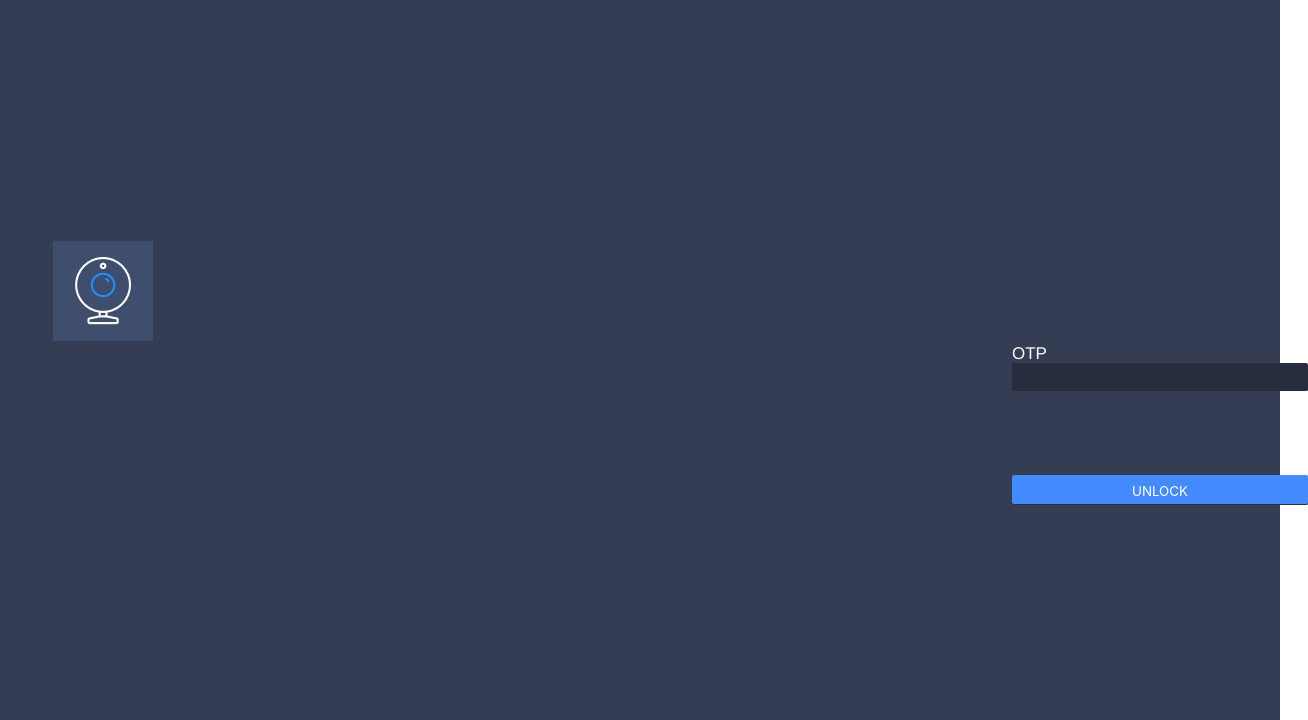
Repository: aba450/smart-door
Page: / (app in S3/smart-door-visitor/)
The author's editor kept a copy of each file at every save. The page is drawn from the files as they stood at one save, then again after the next save.
The browser window is 1280 px wide. The page is 1308 px wide, so the pictures cover 1308 px, including what lies to the right of the window. The pictures show the whole page.
The project was rebuilt for these pictures with package versions that can differ from the ones it lists, and the page was loaded fresh each time.

Above is the page before, as saved 2020-03-17 18:57:00.

### S3/smart-door-visitor/src/App.js
import React from 'react';
import './App.css';
import Camera_ON from './Camera_ON.jpg'

function App() {
  return (
    <div className="App">
      {/* <header className="App-header">
        <img src={logo} className="App-logo" alt="logo" />
        <p>
          Edit <code>src/App.js</code> and save to reload.
        </p>
        <a
          className="App-link"
          href="https://reactjs.org"
          target="_blank"
          rel="noopener noreferrer"
        >
          Learn React
        </a>
      </header> */}

      <img src={Camera_ON} className="Camera-logo"/>
       <label className="otp-label">OTP</label>
        <input type="text" className="otp-input"></input>
        <button className="unlock-button">UNLOCK</button>
    </div>
  );
}

export default App;

### S3/smart-door-visitor/src/App.css
.App {
  text-align: center;
  background-color: #343d54;
  min-height: 100vh;
  display: flex;
  flex-direction: column;
  font-size: calc(10px + 2vmin);
  color: white;
}

.Camera-logo {
  position: absolute;
  height: 100px;
  width: 100px;
  left: 53px;
  top: 241px;
}

.otp-label {
  position: absolute;
  font-family:Helvetica;
  font-size:17px;
  color:#ffffff;
  letter-spacing:0;
  text-align:left;
  left:1012px;
  top:344px;
}

.otp-input {
  color:#1f8efa;
  background-color: #272d3f;
  letter-spacing:0;
  text-align:left;
  position: absolute;
  left:1012px;
  top:363px;
}

.unlock-button {
  position: absolute;
  background-color: #438bff;
  left:1012px;
  top:475px;
}

input {
    -webkit-appearance: none;
    appearance: none;
    margin: auto;
    max-width: 280px;
    border-radius: 2px;
    border: 0;
    overflow: hidden;
    width: 100%;
    font-family:-apple-system, BlinkMacSystemFont, 'Segoe UI', Roboto, Oxygen, Ubuntu, Cantarell, 'Open Sans', 'Helvetica Neue', sans-serif;
    padding: 8px 8px 8px 8px;
    height: 12px;
    font-size: 16px;
    font-weight: 400;
    box-shadow: inset 0 -1px 0  #272d3f;
    transition: all .15s ease;
}

button {
  height: 30px;
  max-width: 296px;
  margin: auto;
  width: 100%;
  color: white;
  font-family:-apple-system, BlinkMacSystemFont, 'Segoe UI', Roboto, Oxygen, Ubuntu, Cantarell, 'Open Sans', 'Helvetica Neue', sans-serif;
  border-radius: 2px;
  border: 0;
  padding: 8px 8px 8px 8px;
  box-shadow: inset 0 -1px 0  #272d3f;
    transition: all .15s ease;
}

Loaded but not shown: S3/smart-door-visitor/public/index.html (common file); S3/smart-door-visitor/src/index.js (common file); S3/smart-door-visitor/src/index.css (common file); S3/smart-door-visitor/src/serviceWorker.js (common file)

After the next save:
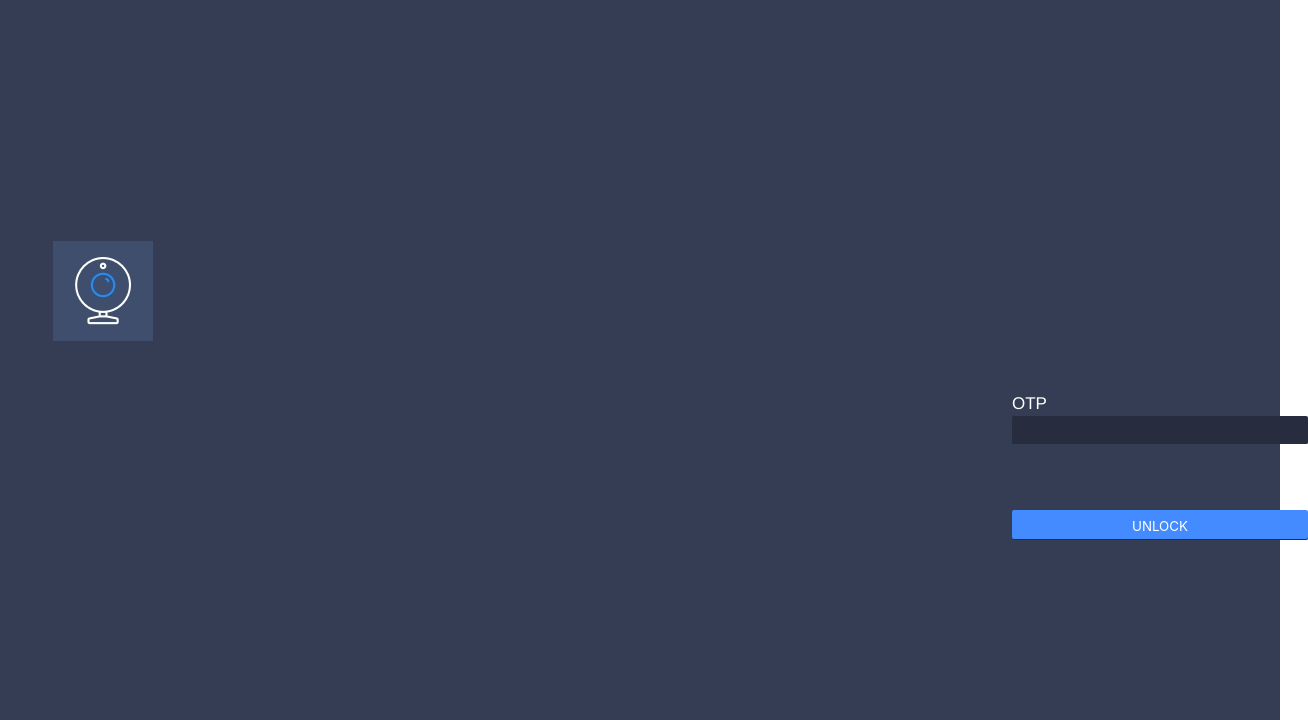
Saved 12 min 52 s later.
--- a/S3/smart-door-visitor/src/App.css
+++ b/S3/smart-door-visitor/src/App.css
@@ -24,7 +24,7 @@
   letter-spacing:0;
   text-align:left;
   left:1012px;
-  top:344px;
+  top:394px;
 }
 
 .otp-input {
@@ -34,14 +34,14 @@
   text-align:left;
   position: absolute;
   left:1012px;
-  top:363px;
+  top:416px;
 }
 
 .unlock-button {
   position: absolute;
   background-color: #438bff;
   left:1012px;
-  top:475px;
+  top:510px;
 }
 
 input {
